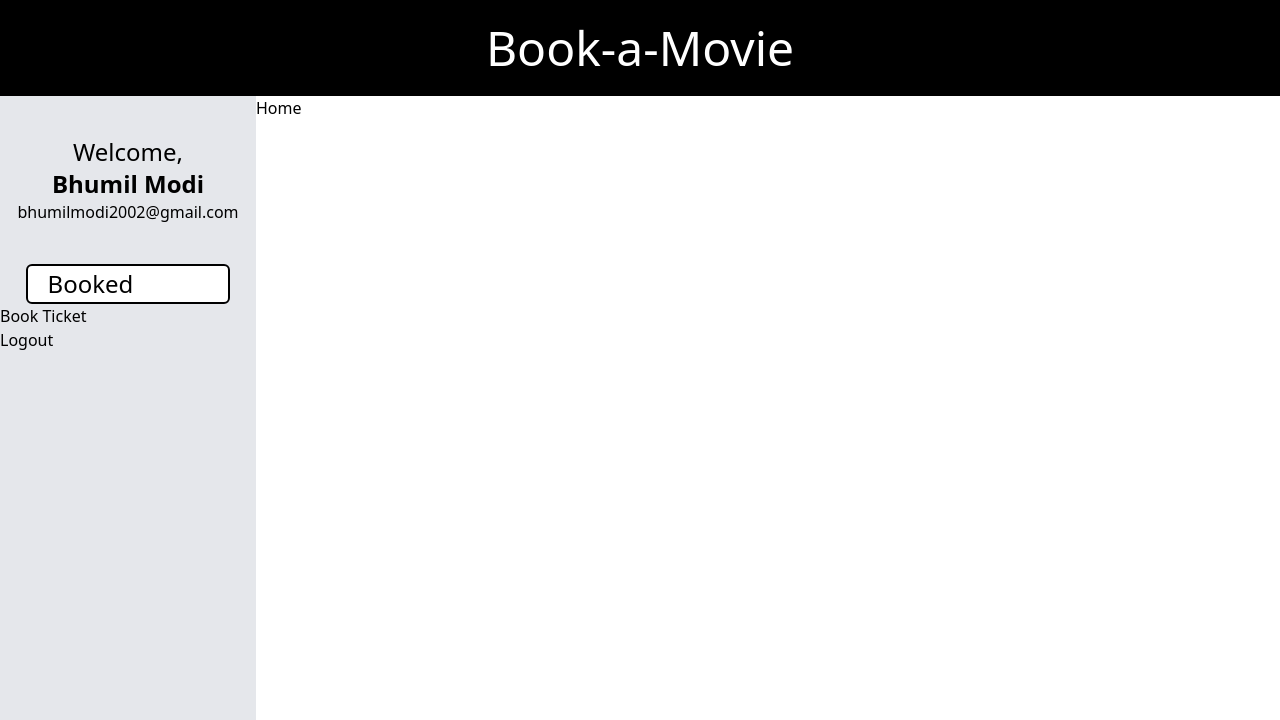
Repository: BhumilModi/movie-booking-app-assignment
Page: /Home
An editor plug-in stored every save of this project. The page is shown before and after the next save, followed by the edit.
The browser window is 1280 px wide. The pictures show the whole page.
The project was rebuilt for these pictures with package versions that can differ from the ones it lists, and the page was loaded fresh each time. Also part of the build but not shown: src/App.css, src/components/Login.jsx, src/components/SignUp.jsx.

Above is the page before, as saved 2022-11-29 19:20:39.

After the next save:
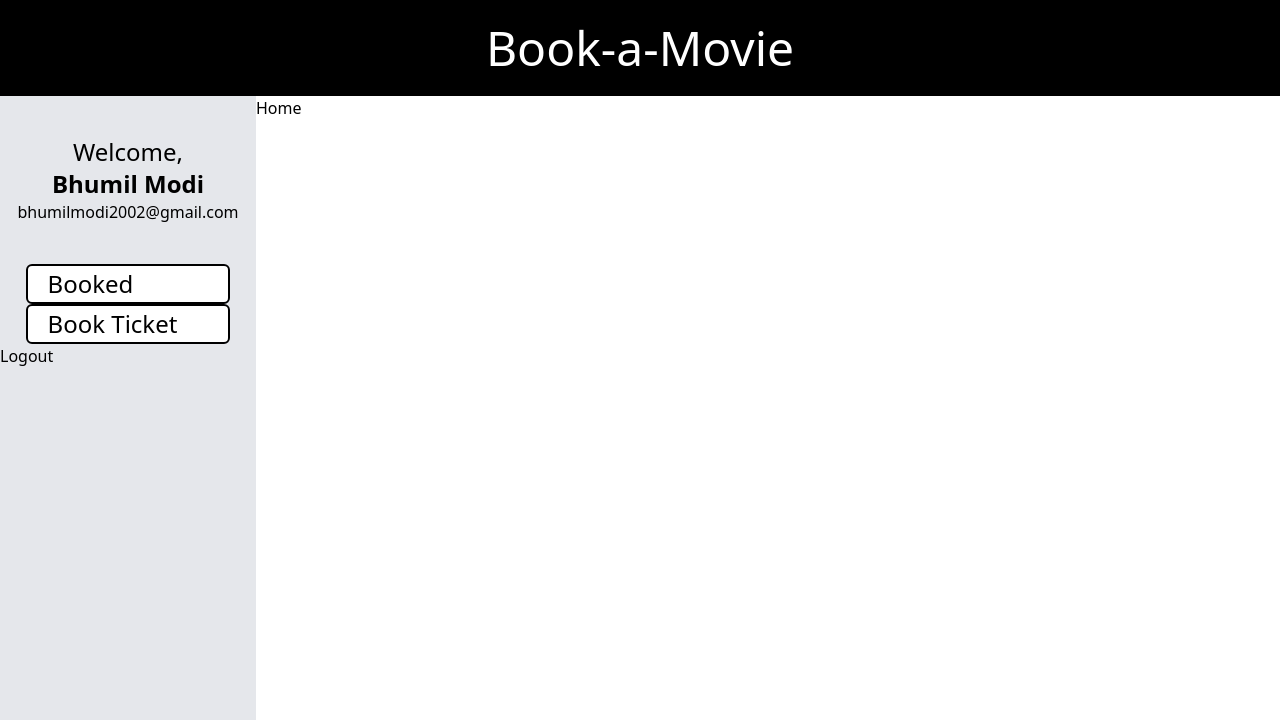
Saved 12 s later.
--- a/src/components/Sidebar.jsx
+++ b/src/components/Sidebar.jsx
@@ -11,7 +11,9 @@ function Sidebar() {
       <div className="bg-white w-[80%] mx-auto px-5 h-10 border-black border-2 rounded-md text-[24px]">
         Booked
       </div>
-      <div>Book Ticket</div>
+      <div className="bg-white w-[80%] mx-auto px-5 h-10 border-black border-2 rounded-md text-[24px]">
+        Book Ticket
+      </div>
       <div>Logout</div>
     </div>
   );
